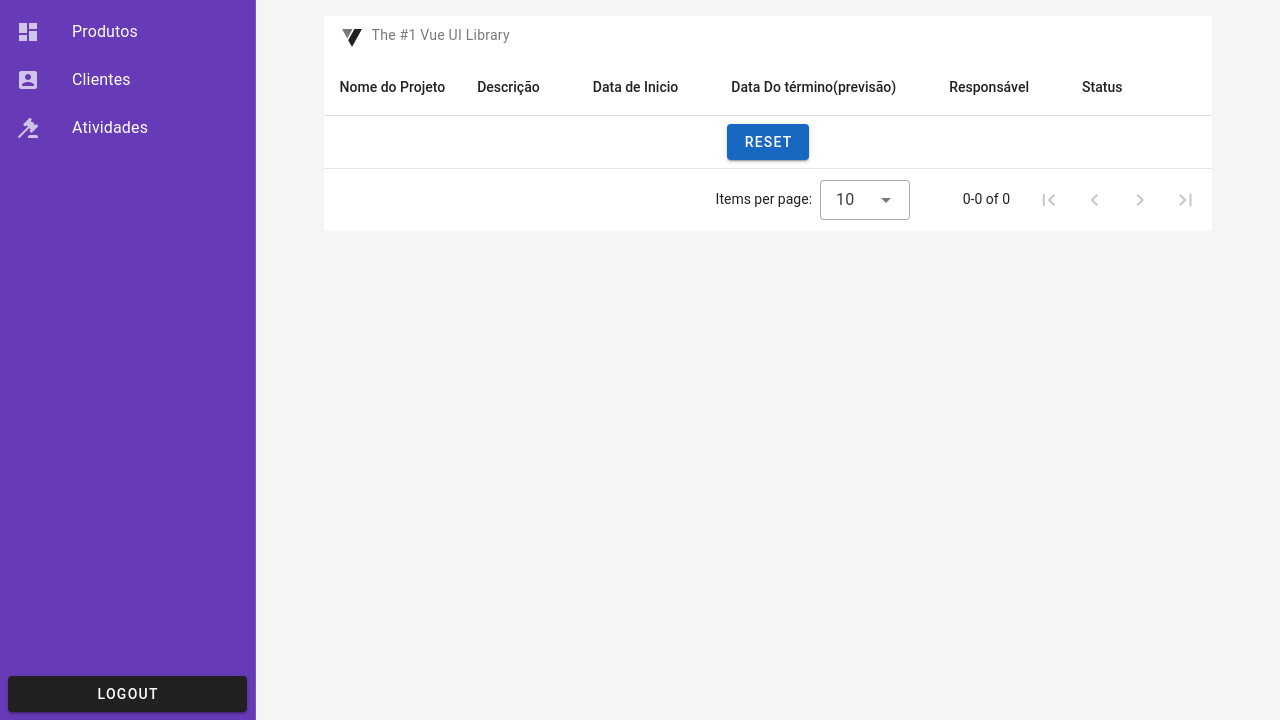
Repository: NtiSilva/Front_AG
Page: /products
An editor plug-in stored every save of this project. The page is shown before and after the next save, followed by the edit.
The browser window is 1280 px wide. The pictures show the whole page.
The page's requests for data from a server got no answer. The project was rebuilt for these pictures with package versions that can differ from the ones it lists, and the page was loaded fresh each time. No one was signed in, and anything a server would have sent is missing. Also part of the build but not shown: vite.config.mjs, src/components/Alert.vue, src/components/Atividades/FormActivities.vue, src/components/Atividades/index.vue, src/components/Clientes/FormClient.vue, src/components/Dialog.vue, src/components/DialogRemove.vue, src/components/Clientes/ListClients.vue and 9 more.

Above is the page before, as saved 2024-06-19 21:45:17.

After the next save:
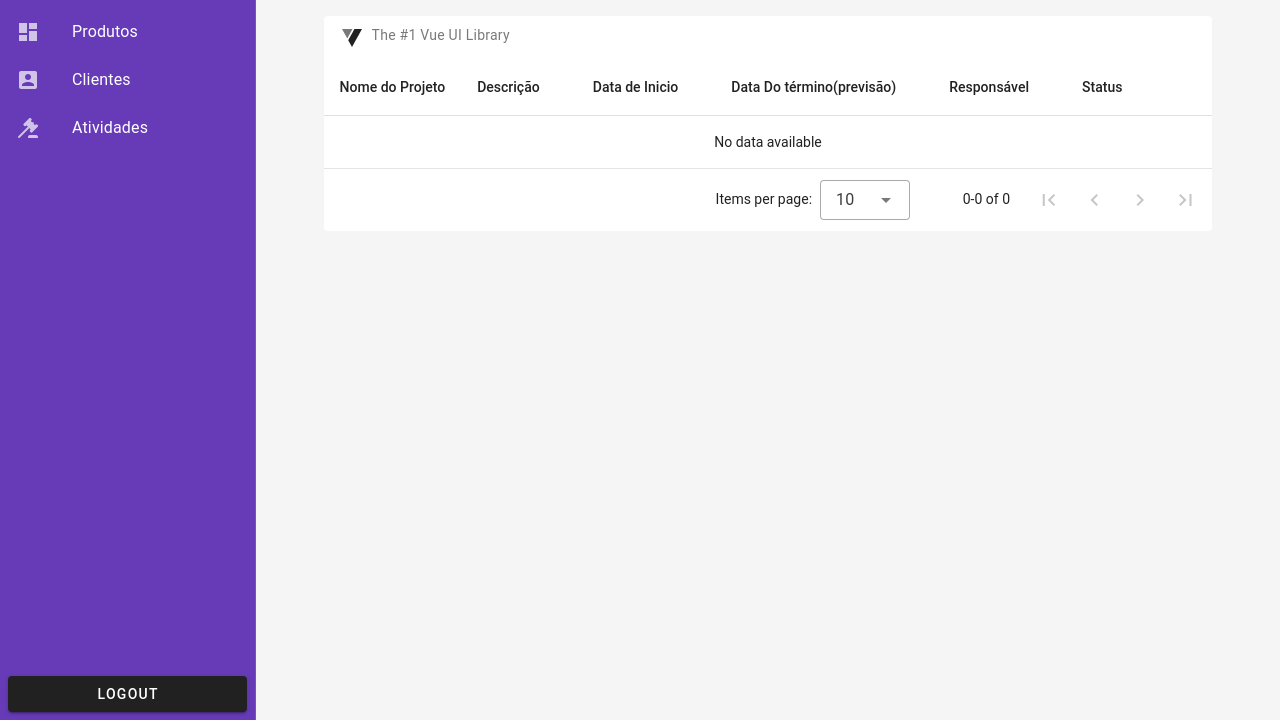
Saved 37 s later.
--- a/src/pages/Products.vue
+++ b/src/pages/Products.vue
@@ -41,14 +41,6 @@
       >
         mdi-delete
       </v-icon>
-    </template>
-    <template v-slot:no-data>
-      <v-btn
-        color="primary"
-        @click="initialize"
-      >
-        Reset
-      </v-btn>
     </template>
   </v-data-table>
   </v-card>
